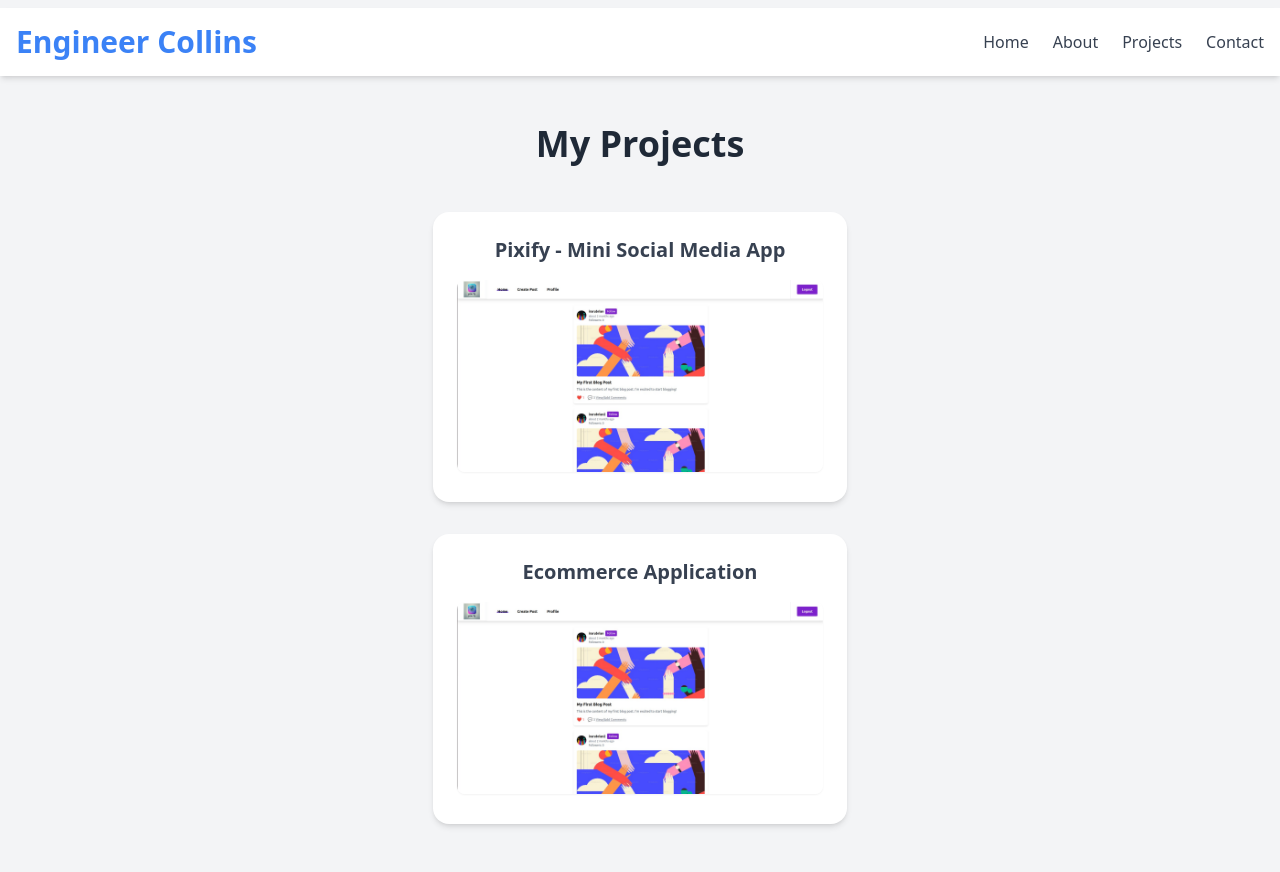
Repository: Engineer-collo/Portfolio
Page: /projects
The author's editor kept a copy of each file at every save. The page is drawn from the files as they stood at one save, then again after a run of saves.
The browser window is 1280 px wide. The pictures show the whole page.
The project was rebuilt for these pictures with package versions that can differ from the ones it lists, and the page was loaded fresh each time. Also part of the build but not shown: vite.config.js, src/pages/Footer.jsx, src/pages/HomePage.jsx, src/pages/About.jsx, src/pages/Contact.jsx, src/pages/Blog.jsx, src/pages/Skills.jsx.

Above is the page before, as saved 2025-06-07 18:09:18.

### index.html
<!DOCTYPE html>
<html lang="en">
<head>
  <meta charset="UTF-8">
  <meta name="viewport" content="width=device-width, initial-scale=1.0">
  <title>Portfolio</title>
</head>
<body class="bg-gray-100">
  <div id="root"></div>
  <script type="module" src="/src/main.jsx"></script>
</body>
</html>

### src/main.jsx
import React from 'react'
import ReactDOM from 'react-dom/client'
import './index.css'
import App from './App'

ReactDOM.createRoot(document.getElementById('root')).render(
  <React.StrictMode>
    <App />
  </React.StrictMode>,
)

### src/App.jsx
import { BrowserRouter as Router, Route, Routes } from "react-router-dom";
import HomePage from "./pages/HomePage";
import About from "./pages/About";
import Project from "./pages/Projects";
import Contact from "./pages/Contact";
import Blog from "./pages/Blog";
import Skills from "./pages/Skills";

function App() {
  return (
    <Router>

      <Routes>
        <Route path="/" element={<HomePage />} />
        <Route path="/about" element={<About />} />
        <Route path="/projects" element={<Project />} />
        <Route path="/contact" element={<Contact />} />
        <Route path="/skills" element={<Skills />} />
        <Route path="/blog" element={<Blog />} />


      </Routes>
    </Router>
  );
}

export default App;

### src/pages/Projects.jsx
import Navbar from "../components/Navbar";

const Project = () => {
    return (
        <>
            <div className="min-h-screen bg-gray-100">
                <Navbar />
                <div className="flex flex-col items-center justify-center py-12 px-4 sm:px-6 lg:px-8">
                    <h1 className="text-4xl font-extrabold text-gray-800 mb-12">My Projects</h1>

                    <div className="flex flex-col items-center gap-8">
                        <div className="bg-white rounded-2xl shadow-md p-6 max-w-md w-full text-center">
                            <h3 className="text-xl font-semibold text-gray-700 mb-4">
                                Pixify - Mini Social Media App
                            </h3>
                            <a
                                href="https://pixi-fy-hrmt.vercel.app/"
                                className="inline-block hover:scale-105 transition-transform duration-200"
                                target="_blank"
                                rel="noopener noreferrer"
                            >
                                <img
                                    className="h-48 mx-auto rounded-lg shadow-sm hover:shadow-lg"
                                    src="/pixify.png"
                                    alt="Pixify Project Screenshot"
                                />
                            </a>
                        </div>

                        <div className="bg-white rounded-2xl shadow-md p-6 max-w-md w-full text-center">
                            <h3 className="text-xl font-semibold text-gray-700 mb-4">
                                Ecommerce Application
                            </h3>
                            <a
                                href="https://pixi-fy-hrmt.vercel.app/"
                                className="inline-block hover:scale-105 transition-transform duration-200"
                                target="_blank"
                                rel="noopener noreferrer"
                            >
                                <img
                                    className="h-48 mx-auto rounded-lg shadow-sm hover:shadow-lg"
                                    src="/pixify.png"
                                    alt="Ecommerce Project Screenshot"
                                />
                            </a>
                        </div>
                    </div>
                </div>
            </div>
        </>
    );
};

export default Project;

### src/components/Navbar.jsx
import React, { useState } from 'react';
import { Link } from 'react-router-dom';

const Navbar = () => {
  const [isOpen, setIsOpen] = useState(false);

  const toggleMenu = () => setIsOpen(!isOpen);

  return (
    <header className=" mt-2 bg-white shadow-md">
      <div className="max-w-7xl mx-auto px-4 py-4 flex justify-between items-center">
        <h1 className="text-3xl font-bold text-gray-800">        <Link to="/" className="hover:text-blue-500 text-gray-700 transition"><span className='text-blue-500'>Engineer Collins</span></Link>
        </h1>

        {/* Desktop nav */}
        <nav className="space-x-6 hidden md:flex">
        <Link to="/" className="hover:text-blue-500 text-gray-700 transition">Home</Link>
          <Link to="/about" className="hover:text-blue-500 text-gray-700 transition">About</Link>
          <Link to="/projects" className="hover:text-blue-500 text-gray-700 transition">Projects</Link>
          <Link to="/contact" className="hover:text-blue-500 text-gray-700 transition">Contact</Link>
        </nav>

        {/* Mobile menu toggle */}
        <div className="md:hidden">
          <button onClick={toggleMenu} className="text-gray-700 focus:outline-none">
            <svg className="h-6 w-6" fill="none" stroke="currentColor" strokeWidth="2" viewBox="0 0 24 24">
              <path strokeLinecap="round" strokeLinejoin="round" d={isOpen ? 'M6 18L18 6M6 6l12 12' : 'M4 6h16M4 12h16M4 18h16'} />
            </svg>
          </button>
        </div>
      </div>

      {/* Mobile nav links */}
      {isOpen && (
        <nav className="md:hidden px-4 pb-4 space-y-2">
          <Link to="/about" className="block text-gray-700 hover:text-blue-500">About</Link>
          <Link to="/projects" className="block text-gray-700 hover:text-blue-500">Projects</Link>
          <Link to="/contact" className="block text-gray-700 hover:text-blue-500">Contact</Link>
        </nav>
      )}
    </header>
  );
};

export default Navbar;

Loaded but not shown: src/index.css (common file); tailwind.config.js (common file)

After the next 3 saves:
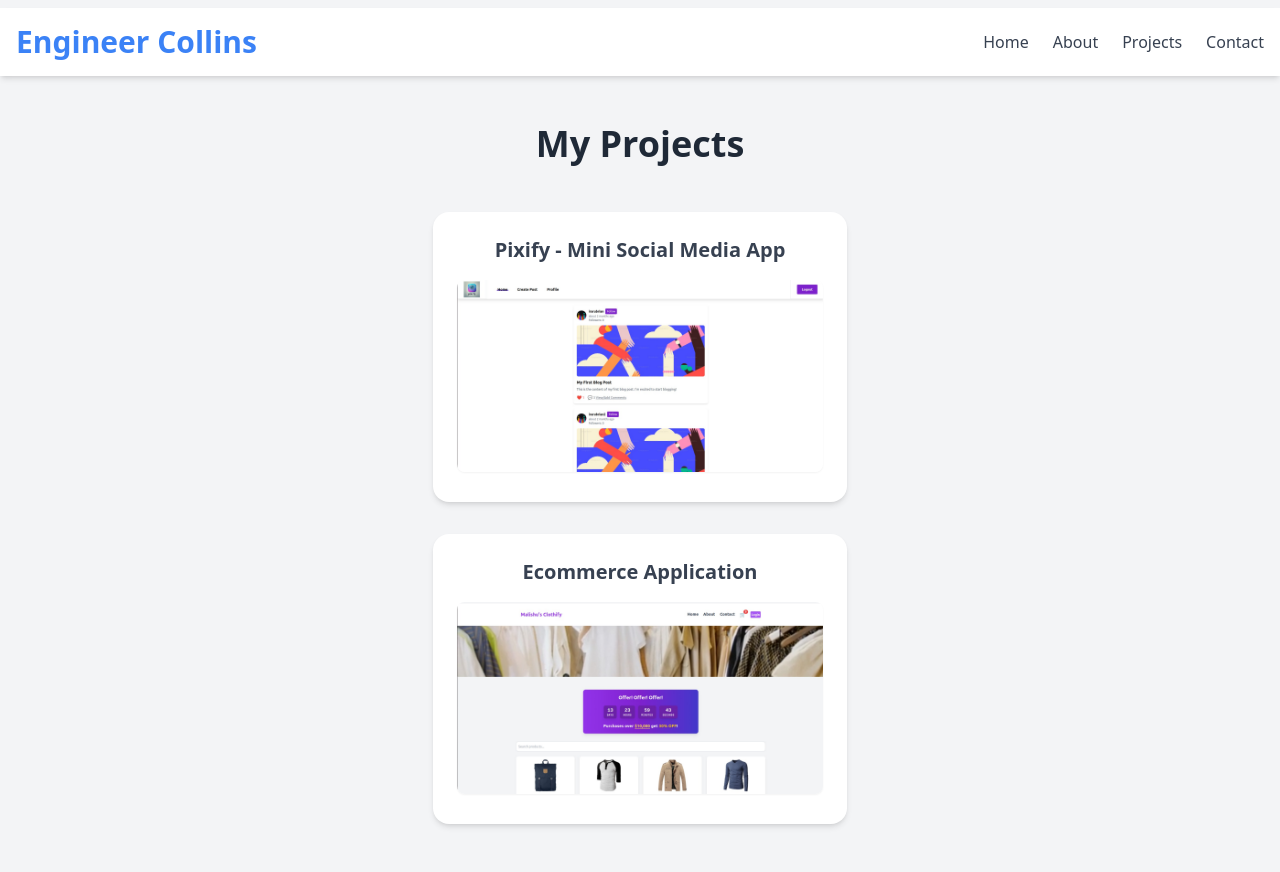
The 3 saves are shown as one change because they came seconds apart.
The last was saved 3 min 45 s later.
--- a/src/pages/Projects.jsx
+++ b/src/pages/Projects.jsx
@@ -39,7 +39,7 @@ const Project = () => {
                             >
                                 <img
                                     className="h-48 mx-auto rounded-lg shadow-sm hover:shadow-lg"
-                                    src="/pixify.png"
+                                    src="/ecommerce.png"
                                     alt="Ecommerce Project Screenshot"
                                 />
                             </a>
